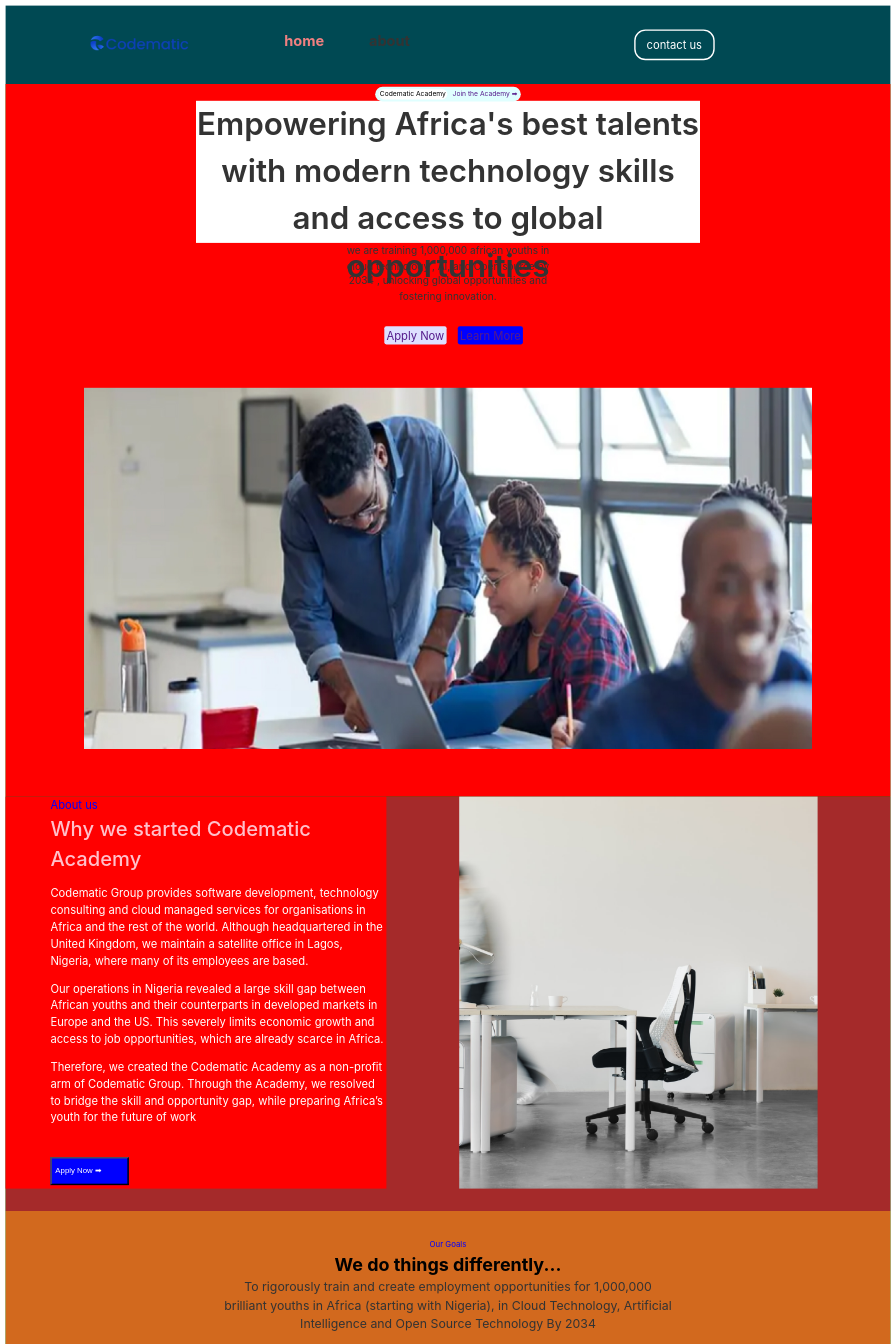
Repository: Gabriel221-dev/Codematic-page
Page: /
An editor plug-in stored every save of this project. The page is shown before and after the next save, followed by the edit.
The browser window is 1280 px wide. The pictures show the part of the page from y = 0 to 1920 px (the page is 5135 px tall before and 5087 px after), at 70% of full size.
The project was rebuilt for these pictures with package versions that can differ from the ones it lists, and the page was loaded fresh each time. Also part of the build but not shown: vite.config.js.

Above is the page before, as saved 2024-07-25 10:20:35.

### src/App.jsx
import "./App.css";
import Home from "./pages/home";
import Header from "./components/Header";
import Footer from "./components/Footer";
import { BrowserRouter as Router, Route, Routes } from "react-router-dom";
import "./styles/global.css";

const App = () => {
  return (
    <Router>
      <Header />
      <main>
        <Routes>
          <Route path="/" element={<Home />} />
        </Routes>
      </main>
      <Footer />
    </Router>
  );
};

export default App;

### src/index.css
:root {
  font-family: Inter, system-ui, Avenir, Helvetica, Arial, sans-serif;
  line-height: 1.5;
  font-weight: 400;
  padding: 0 0;

  /* color-scheme: light dark;
  background-color: #242424;
  background-color:turquoise; */

}

### src/App.css
#root {
  max-width: 1280px;
  margin: 0 auto;
  /* padding: 2rem;
  text-align: center;
  background-color:bisque */

}

### src/components/Header.jsx
import { useState } from "react";
import { NavLink } from "react-router-dom";
import { FaBars } from "react-icons/fa";
import Sidebar from "./Sidebar";
import "./Header.css";
import { IconContext } from "react-icons";

const Header = () => {
  const [isSidebarToggled, setSidebarToggled] = useState(false);

  const handleToggle = () => {
    setSidebarToggled((prev) => !prev);
  };

  return (
    <>
      <IconContext.Provider value={{ color: "#fff" }}>
        <header className="header">
          <nav className="header__nav">
            <NavLink className="header__brand" to="/">
              <img
                className="header__logo"
                src="/public/Images/codematic-logo-dark-1536x351.png.png"
                alt="Logo"
                loading="eager"
                width="160"
              />
            </NavLink>

            <ul className="header__navigation">
              <li className="header__link">
                <NavLink
                  className={({ isActive }) =>
                    isActive
                      ? "header__anchor header__anchor--active"
                      : "header__anchor"
                  }
                  to="/"
                >
                  home
                </NavLink>
              </li>
              <li className="header__link">
                <NavLink
                  className={({ isActive }) =>
                    isActive
                      ? "header__anchor header__anchor--active"
                      : "header__anchor"
                  }
                  to="/about"
                >
                  about
                </NavLink>
              </li>

              <NavLink className="header__btn" to="/contact">
                contact us
              </NavLink>
            </ul>

            <button
              className="header__menu"
              title="Toggle Menu"
              onClick={handleToggle}
            >
              <FaBars />
            </button>
          </nav>
          <Sidebar isOpen={isSidebarToggled} onToggle={handleToggle} />
        </header>
      </IconContext.Provider>
    </>
  );
};

export default Header;

### src/components/Footer.jsx
import { Link } from "react-router-dom";
import "./Footer.css";

const Footer = () => {
  return (
    <footer className="footer">
      <div className="footer__content">
        <div className="footer__pages">
          <img
            className="footer__logo"
            src="/public/Images/codematic-logo-dark-1536x351.png.png"
            alt="Logo"
            loading="lazy"
            width="160"
          />

          <ul className="footer__navigation">
            <li className="footer__link">
              <Link className="link-anchor footer__anchor" to="/">
                home
              </Link>
            </li>
            <li className="footer__link">
              <Link className="link-anchor footer__anchor" to="/about">
                about
              </Link>
            </li>
          </ul>
        </div>

        <div className="footer__information">
          <p className="footer__text paragraph-2">987 Hillcrest Lane</p>
          <p className="footer__text paragraph-2">Irvine, CA</p>
          <p className="footer__text paragraph-2">California 92714</p>
          <p className="footer__text paragraph-2">Call Us: 949-833-7432</p>
        </div>

        <div className="footer__more">
          <div className="footer__socials">
            <a href="#" aria-label="Facebook" className="footer__social">
              <svg
                className="footer__icon"
                xmlns="http://www.w3.org/2000/svg"
                width="24"
                height="24"
              >
                <path
                  fill="#FFF"
                  d="M22.675 0H1.325C.593 0 0 .593 0 1.325v21.351C0 23.407.593 24 1.325 24H12.82v-9.294H9.692v-3.622h3.128V8.413c0-3.1 1.893-4.788 4.659-4.788 1.325 0 2.463.099 2.795.143v3.24l-1.918.001c-1.504 0-1.795.715-1.795 1.763v2.313h3.587l-.467 3.622h-3.12V24h6.116c.73 0 1.323-.593 1.323-1.325V1.325C24 .593 23.407 0 22.675 0z"
                />
              </svg>
            </a>
            <a href="#" aria-label="Pinterest" className="footer__social">
              <svg
                className="footer__icon"
                xmlns="http://www.w3.org/2000/svg"
                width="24"
                height="24"
              >
                <path
                  fill="#FFF"
                  d="M12 0C5.373 0 0 5.372 0 12c0 5.084 3.163 9.426 7.627 11.174-.105-.949-.2-2.405.042-3.441.218-.937 1.407-5.965 1.407-5.965s-.359-.719-.359-1.782c0-1.668.967-2.914 2.171-2.914 1.023 0 1.518.769 1.518 1.69 0 1.029-.655 2.568-.994 3.995-.283 1.194.599 2.169 1.777 2.169 2.133 0 3.772-2.249 3.772-5.495 0-2.873-2.064-4.882-5.012-4.882-3.414 0-5.418 2.561-5.418 5.207 0 1.031.397 2.138.893 2.738a.36.36 0 01.083.345l-.333 1.36c-.053.22-.174.267-.402.161-1.499-.698-2.436-2.889-2.436-4.649 0-3.785 2.75-7.262 7.929-7.262 4.163 0 7.398 2.967 7.398 6.931 0 4.136-2.607 7.464-6.227 7.464-1.216 0-2.359-.631-2.75-1.378l-.748 2.853c-.271 1.043-1.002 2.35-1.492 3.146C9.57 23.812 10.763 24 12 24c6.627 0 12-5.373 12-12 0-6.628-5.373-12-12-12z"
                />
              </svg>
            </a>
            <a href="#" aria-label="Twitter" className="footer__social">
              <svg
                className="footer__icon"
                xmlns="http://www.w3.org/2000/svg"
                width="24"
                height="20"
              >
                <path
                  fill="#FFF"
                  d="M24 2.557a9.83 9.83 0 01-2.828.775A4.932 4.932 0 0023.337.608a9.864 9.864 0 01-3.127 1.195A4.916 4.916 0 0016.616.248c-3.179 0-5.515 2.966-4.797 6.045A13.978 13.978 0 011.671 1.149a4.93 4.93 0 001.523 6.574 4.903 4.903 0 01-2.229-.616c-.054 2.281 1.581 4.415 3.949 4.89a4.935 4.935 0 01-2.224.084 4.928 4.928 0 004.6 3.419A9.9 9.9 0 010 17.54a13.94 13.94 0 007.548 2.212c9.142 0 14.307-7.721 13.995-14.646A10.025 10.025 0 0024 2.557z"
                />
              </svg>
            </a>
          </div>
          <p className="footer__copy paragraph-2">
            Copyright 2020. All Rights Reserved
          </p>
        </div>
      </div>
    </footer>
  );
};

export default Footer;

### src/styles/global.css
* {
    /* margin: 0; */
    padding: 0;
    /* box-sizing: border-box; */
  }

  body {
    /* font-family: "Livvic", sans-serif; */
    /* line-height: 1.6; */
    color: #333;
    background-color: white;
  }

### src/pages/Home.css
.Home{
    /* padding: 1rem; */
    background-color:green;
}
.Home-1{
    background-color:red;
    text-align: center;
}
.mark{
    background-color:white;
    border-radius:12px;
    font-size: .6rem;
    padding:.1rem;
    margin-right: .5rem;
}
.academy-1{
    font-size: .6rem;
    background-color: lightcyan;
    border-radius:12px;
    padding: .3rem;
    text-decoration: none;
}
.heading-sub-1{
      text-align: center;
}
.heading-1{
    width: 45rem;
    height: 12.7rem;
    font-size: 2.8rem;
    justify-content: center;
    align-items: center;
    margin: 0 auto;
    font-weight: 600;
    background-color:white;
}
.sub-heading-1{
    font-size: .9rem;
    height: 120px;
    width: 20rem;
    justify-content: center;
    align-items: center;
    margin: 0 auto;
}
.action{
    gap: 12px;
    text-decoration: none;
}
.apply-heading{
    background-color:#DEE0FF;
    text-align: center;
    margin: 0 1rem;
    padding: .2rem;
    border-radius: 3px;
    text-decoration: none;
}

.learn-heading{
    background-color: blue;
    text-align: center;
    padding: .2rem;
    border-radius: 3px;
    text-decoration: none;
}

.Home-1 img{
    background-color:none;
    width: 65rem;
    height: 516px;
    padding: 1rem;
    margin: 2.9rem 0;
}


.Home-2{
    background-color:brown;
    display: flex;
    justify-content: space-between;
    height: 37rem;
}

.heading-sub-2{
    background-color:red;
    font-size: 1.4rem;
    font-style: normal;
    color: #fff;
    text-align: left;
    max-width: 30rem;
    text-align: left;
    height: 35rem;
    padding: 0 0 0 4rem;
    /* margin: 1rem 0 0 0; */
}

.sub-heading-2{
    font-size: 1rem;
    color:blue;
}

.heading-2{
    font-size: 1.8rem;
    font-weight: 500;
    color:pink;
}

.home-chair{
    flex: 1;
}


.text-2{
    font-size: 1rem;
}

.apply-now-2{
    background-color:blue;
    margin-top:1.8rem;
    padding: .7rem 2rem .7rem 0;
    font-size: .7rem;
    color:white;
    width: 7rem;
}

.Home-2 .img{
    flex: 1;
    display: flex;
    justify-content: center;
}

.Home-2 img{
    display: flex;
    align-items: center;
    text-align: left;
    height: 35rem;
    width: 32rem;
}


.Home-3{
    background-color:chocolate;
    text-align: center;
}

.heading-sub-3{
    padding: 2.5rem;
}

.sub-3{
    color:blue;
    font-size: .7rem;
}

.heading-3{
    color:black;
    font-size: 1.6rem;
    font-weight: 700;
}

.text-3{
    font-size: 1.1rem;
    width:40rem;
    display: flex;
    margin: 0 auto;
}

.Home-3 img{
    width: 66rem;
}

.Home-4{
    background-color:yellowgreen;
}

.Home-5{
    background-color:violet;
}

.Home-6{
    background-color:cadetblue;
}

.Home-7{
    background-color:goldenrod;
}

### src/components/Sidebar.jsx
import PropTypes from "prop-types";
import { useNavigate } from "react-router-dom";
import { AiOutlineClose } from "react-icons/ai";
import "./Sidebar.css";
import { IconContext } from "react-icons";

const Sidebar = ({ isOpen, onToggle }) => {
  const navigate = useNavigate();

  const handleNavigate = (path) => {
    navigate(path);
    onToggle();
  };

  return (
    <IconContext.Provider value={{ color: "#fff" }}>
      <div className={`sidebar ${isOpen ? "sidebar--open" : ""}`}>
        <div className="sidebar__overlay" onClick={onToggle}></div>
        <div className="sidebar__content">
          <div className="sidebar__header">
            <button
              className="sidebar__close"
              title="Close Menu"
              onClick={onToggle}
            >
              <AiOutlineClose />
            </button>
          </div>

          <ul className="sidebar__navigation">
            <li className="sidebar__link">
              <button
                className="sidebar__anchor"
                onClick={() => handleNavigate("/")}
              >
                home
              </button>
            </li>
            <li className="sidebar__link">
              <button
                className="sidebar__anchor"
                onClick={() => handleNavigate("/about")}
              >
                about
              </button>
            </li>
          </ul>

          <button
            className="sidebar__btn"
            onClick={() => handleNavigate("/contact")}
          >
            contact us
          </button>
        </div>
      </div>
    </IconContext.Provider>
  );
};

Sidebar.propTypes = {
  isOpen: PropTypes.bool.isRequired,
  onToggle: PropTypes.func.isRequired,
};

export default Sidebar;

### src/components/Header.css
.header {
    background-color: #004953;
    height: 5rem;
    display: flex;
    justify-content: space-between;
    align-items: center;
    padding: 1rem 7rem;
  }

  @media only screen and (max-width: 850px) {
    .header {
      height: 150px;
      /* background-color:red; */
      align-items:left;
    }
  }

  @media only screen and (max-width: 576px) {
    .header {
      height: 128px;
    }
  }

  .header__nav {
    /* display: flex;
    align-items: center;
    gap: 8rem; */
    grid-column: center-start / center-end;
    display: grid;
    grid-template-columns: max-content 1fr max-content;
    align-items: center;
    column-gap: 8rem;

    @media only screen and (max-width: 768px) {
      column-gap: 4rem;
    }

    @media only screen and (max-width: 576px) {
        grid-template-columns: repeat(2, 1fr);
        column-gap: 0;
    }
  }

  .header__logo {
    max-width: 158px;

    @media only screen and (max-width: 768px) {
      margin-right: 14rem;
      margin-left: -5rem;
    }
  }

  .header__navigation {
    list-style: none;
    display: flex;
    margin: 0;
    padding: 0;
    text-decoration: none;

    @media only screen and (max-width: 820px) {
      display: none;
    }
  }

  .header__link {
    margin-right: 4rem;
    text-decoration: none;
  }

  /* .header:last-child {
    margin-right: 0;
  } */

  .header__anchor {
    font-size: 1.3rem;
    text-decoration: none;
    color: #333;
    font-weight: bold;
  }

  .header__anchor:hover{
    text-decoration: none;
  }

  .header__anchor--active {
    color: #f08080;
}

  .header__btn {
    background-color: transparent;
    border: 2px solid #fff;
    border-radius:16px;
    color: #fff;
    padding: 0.5rem 1rem;
    margin-left: 16rem;
    text-decoration: none;
    display: inline-block;
    cursor: pointer;
    justify-self: end;

    @media only screen and (max-width: 820px) {
      display: none;
    }
  }

  .header__btn:hover{
    background-color:white;
    color:#004953;
    text-decoration: none;
    border-radius:16px;
    transform: scale(1.05);
    transition: transform 0.6s ease-in-out, border-bottom 0.6s ease;
  }

  .header__menu {
    display: none;

    @media only screen and (max-width: 820px) {
      display: flex;
      width: 50px;
      height: 28px;
      padding: .1rem;
      border: 0;
      outline: 0;
    }
  }

  .header__menu:hover{
    background:none;
  }

### src/components/Footer.css
.footer {
    background-color: #022a2f;
    display: grid;
    grid-template-rows: 48px auto 48px;
    padding: 1rem;
  }

  @media only screen and (max-width: 768px) { /* Example breakpoint */
    .footer {
      grid-template-rows: 50px repeat(1, min-content) 56px;
    }
  }

  @media only screen and (max-width: 650px) {
    .footer {
      grid-template-rows: 64px repeat(1, min-content) 64px;
    }
  }

  .footer__content {
    display: grid;
    grid-column: center-start / center-end;
    grid-template-columns: max-content 1fr max-content;
    column-gap: 12.5rem;
    grid-column: 2;
    grid-row: 2 / 3;
  }

  @media only screen and (max-width: 1024px) {
    .footer__content {
      column-gap: 8rem;
    }
  }

  @media only screen and (max-width: 768px) {
    .footer__content {
      grid-template-columns: repeat(1, 1fr);
      grid-template-rows: repeat(1, min-content);
      row-gap: 3.2rem;
    }
  }

  @media only screen and (max-width: 480px) {
    .footer__content {
      grid-template-columns: 1fr;
      grid-template-rows: repeat(1, min-content);
      /* row-gap: 2.4rem; */
    }
  }

  .footer__pages {
    display: flex;
    flex-direction: column;
    justify-content: space-between;
  }

  @media only screen and (max-width: 480px) {
    .footer__pages {
      grid-column: 1 / 3;
      grid-row: 1 / 2;
      justify-self: center;
      align-items: center;
    }
  }

  .footer__logo {
    width: 160px;
  }

  @media only screen and (max-width: 768px) {
    .footer__logo {
      width: 96px;
    }
  }

  @media only screen and (max-width: 480px) {
    .footer__logo {
      margin-bottom: 24px;
    }
  }

  .footer__navigation {
    list-style: none;
    display: flex;
    margin-bottom: 7px;
  }

  @media only screen and (max-width: 768px) {
    .footer__navigation {
      margin-bottom: 0;
    }
  }

  .footer__link {
    margin-right: 40px;
    transition: color 0.3s;
  }

  @media only screen and (max-width: 1024px) {
    .footer__link {
      margin-right: 24px;
    }
  }

  @media only screen and (max-width: 768px) {
    .footer__link {
      margin-right: 1rem;
      margin-bottom: 16px;
    }
  }

  .footer__link:hover {
    color: var(--light-coral);
  }

  .footer__anchor {
    text-decoration: none;
    color: white;
    font-size: 1.5rem;
    text-transform: uppercase;
  }

  @media only screen and (max-width: 768px) {
    .footer__anchor {
      font-size: 1.5rem;
    }
  }

  .footer__information {
    display: flex;
    flex-direction: column;
  }

  @media only screen and (max-width: 768px) {
    .footer__information {
      text-align: right;
      margin-bottom: 2px;
    }
  }

  @media only screen and (max-width: 480px) {
    .footer__information {
      grid-column: 1 / 3;
      grid-row: 2 / 3;
      text-align: center;
    }
  }

  .footer__text {
    color: white;
    mix-blend-mode: normal;
    opacity: 0.6;
  }

  .footer__more {
    display: flex;
    flex-direction: column;
    justify-content: space-between;
    align-items: flex-end;
  }

  @media only screen and (max-width: 768px) {
    .footer__more {
      grid-column: 1 / 3;
      grid-row: 2 / 3;
      flex-direction: row;
      align-items: center;
    }
  }

  @media only screen and (max-width: 480px) {
    .footer__more {
      grid-column: 1 / 3;
      grid-row: 3 / 4;
      flex-direction: column;
      margin-top: 16px;
    }
  }

  .footer__socials {
    display: flex;
    margin-bottom: 7px;
  }

  @media only screen and (max-width: 768px) {
    .footer__socials {
      line-height: 0;
    }
  }

  @media only screen and (max-width: 480px) {
    .footer__socials {
      margin-bottom: 16px;
    }
  }

  .footer__social {
    margin-right: 16px;
    transition: fill 0.3s;
  }

  .footer__icon {
    width: 24px;
    height: 24px;
  }

  .footer__copy {
    color: white;
  }

### src/components/Sidebar.css
.sidebar {
    display: none;
    width: 100%;
    height: 100%;
    position: fixed;
    top: 0;
    left: 0;
    z-index: 100;
    transition: all 0.3s ease;
  }

  .sidebar--open {
    display: grid;
    grid-template-columns: 1fr min-content;
  }

  .sidebar__overlay {
    grid-column: 1 / -1;
    grid-row: 1 / 2;
    background-color: rgba(0, 0, 0, 0.5);
    transition: background-color 0.3s ease;

  }

  .sidebar__content {
    grid-column: 2 / 3;
    grid-row: 1 / 2;
    background-color: #194c4c;
    width: 250px;
    display: grid;
    grid-template-rows: 128px repeat(2, min-content);
    grid-template-columns: 48px 1fr 25px;
    transition: width 0.3s ease;
    transition: width .4s ease;

  }

  .sidebar__header {
    grid-column: 2 / 3;
    justify-self: end;
    align-self: center;
  }

  .sidebar__close {
    background-color:#194c4c ;
    width: 30px;
    border: 0;
    outline: 0;
  }

  .sidebar__close:hover{
    background-color:#194c4c;
  }

  .sidebar__navigation {
    grid-column: 2 / 3;
    list-style: none;
    margin: 0;
    padding: 0;
  }

  .sidebar__link {
    margin-bottom: 2.4rem;
  }

  .sidebar__anchor {
    font-size: 1.1rem;
    color: #fff;
    background: transparent;
    border: none;
    text-decoration: none;
    cursor: pointer;
  }

  .sidebar__anchor:hover{
    background:none;
  }

  .sidebar__btn {
    grid-column: 2 / 3;
    background-color: transparent;
    border: 1px solid #fff;
    color: #fff;
    padding: 0.5rem 1rem;
    text-decoration: none;
    display: inline-block;
    cursor: pointer;
    width: 159px;
  }

  .sidebar__btn:hover{
    background:white;
    color:#194c4c;
    transform: scale(1.05);
    transition: transform 0.3s ease-in-out, border-bottom 0.6s ease;
  }

  .sidebar--open .sidebar__overlay {
    background-color: rgba(0, 0, 0, 0.5);
  }

  .sidebar--open .sidebar__content {
    width: 250px;
  }

  @media (max-width: 768px) {
    .header__menu {
      display: grid;
      background-color: transparent;
      width: 24px;
      border: 0;
      outline: 0;
      justify-self: end;
      align-self: center;
      margin-left: auto;
    }
  }

Loaded but not shown: index.html (common file); src/main.jsx (common file); src/pages/home.jsx (255 lines, source omitted)

After the next save:
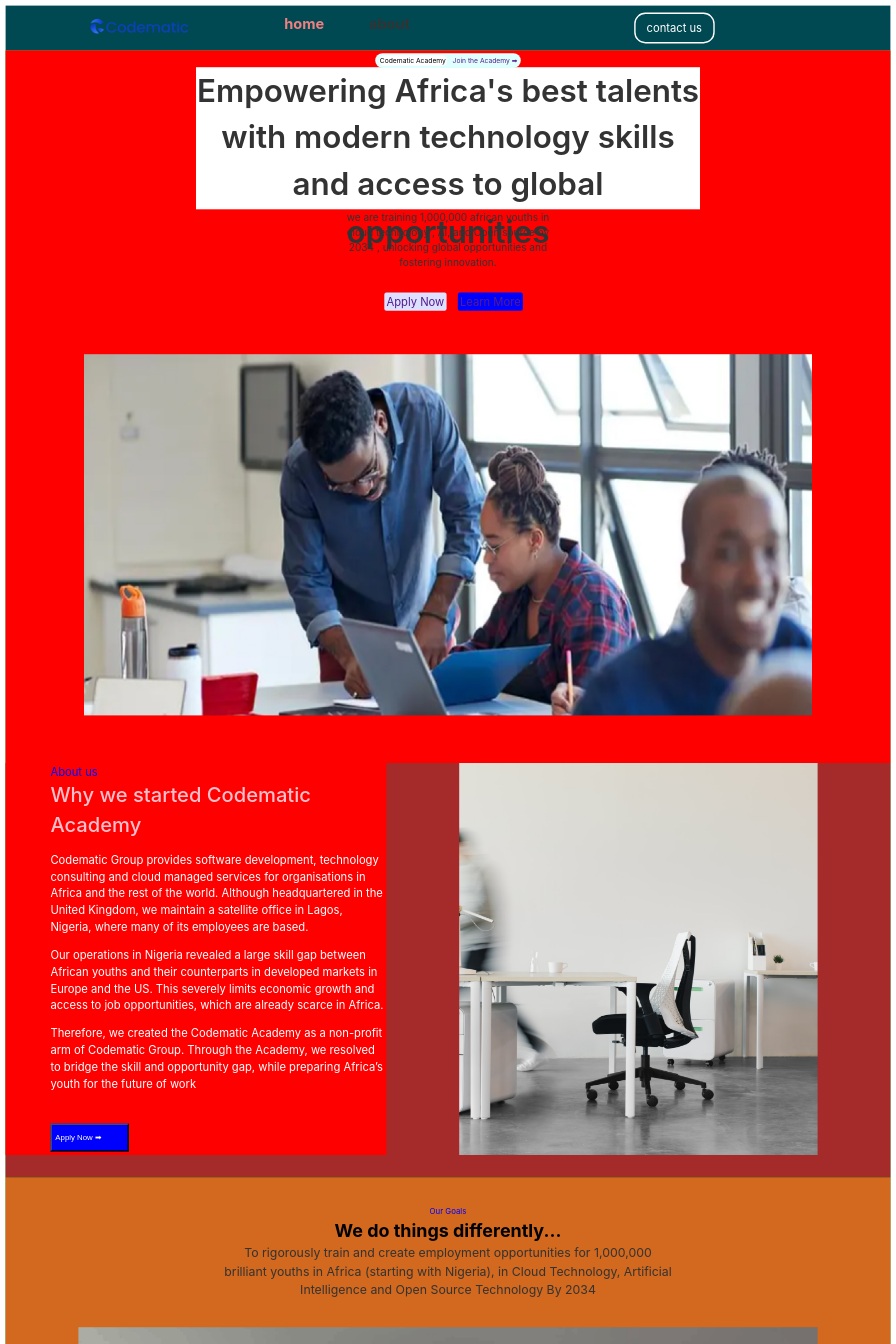
Saved 6 s later.
--- a/src/components/Header.css
+++ b/src/components/Header.css
@@ -1,6 +1,6 @@
 .header {
     background-color: #004953;
-    height: 5rem;
+    height: 2rem;
     display: flex;
     justify-content: space-between;
     align-items: center;
